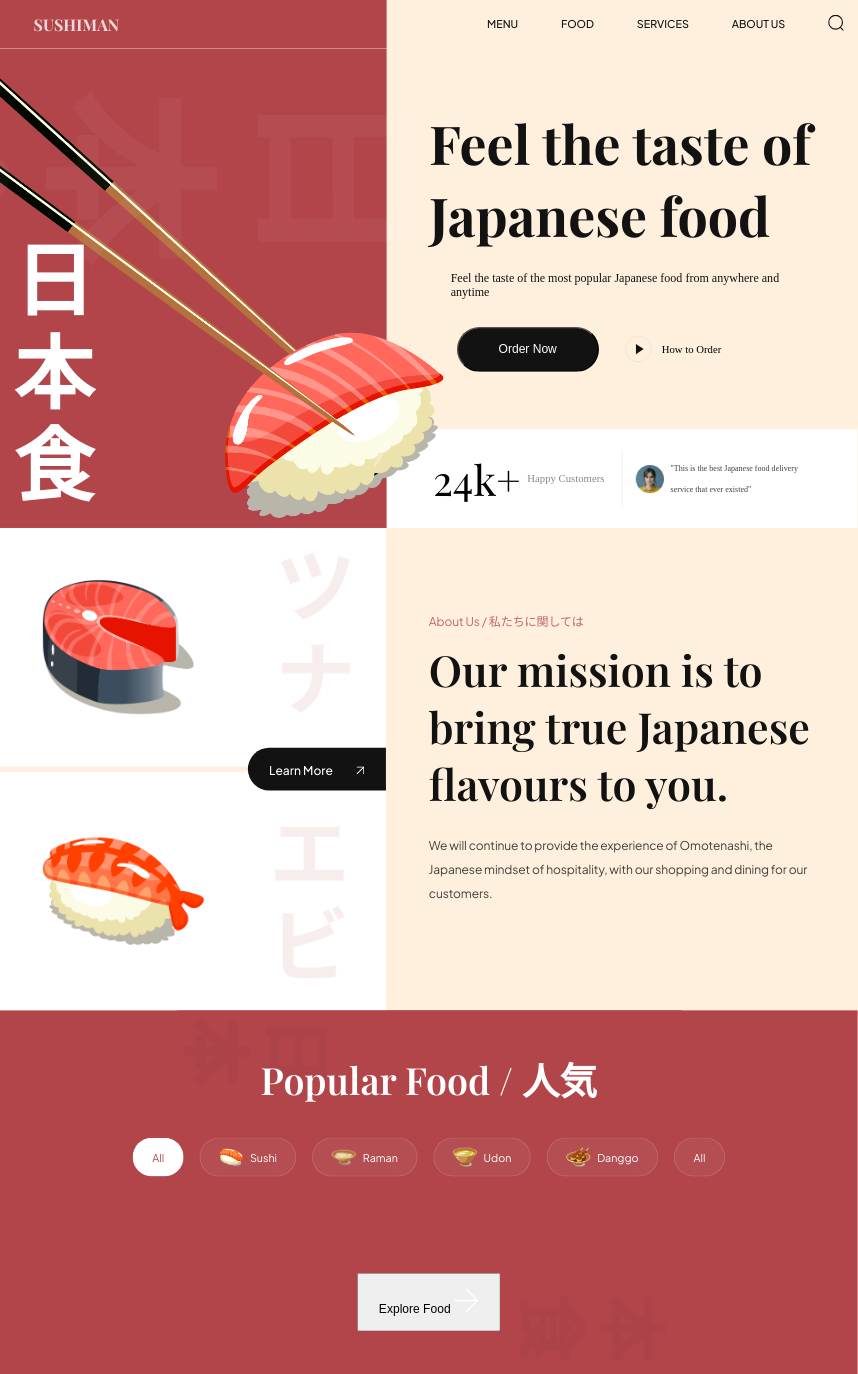
Repository: echoyol/sushiWebsite
Page: index.html
An editor plug-in stored every save of this project. The page is shown before and after the next save, followed by the edit.
The browser window is 1280 px wide. The pictures show the whole page, at 67% of full size.

Above is the page before, as saved 2023-06-04 20:17:31.

After the next save:
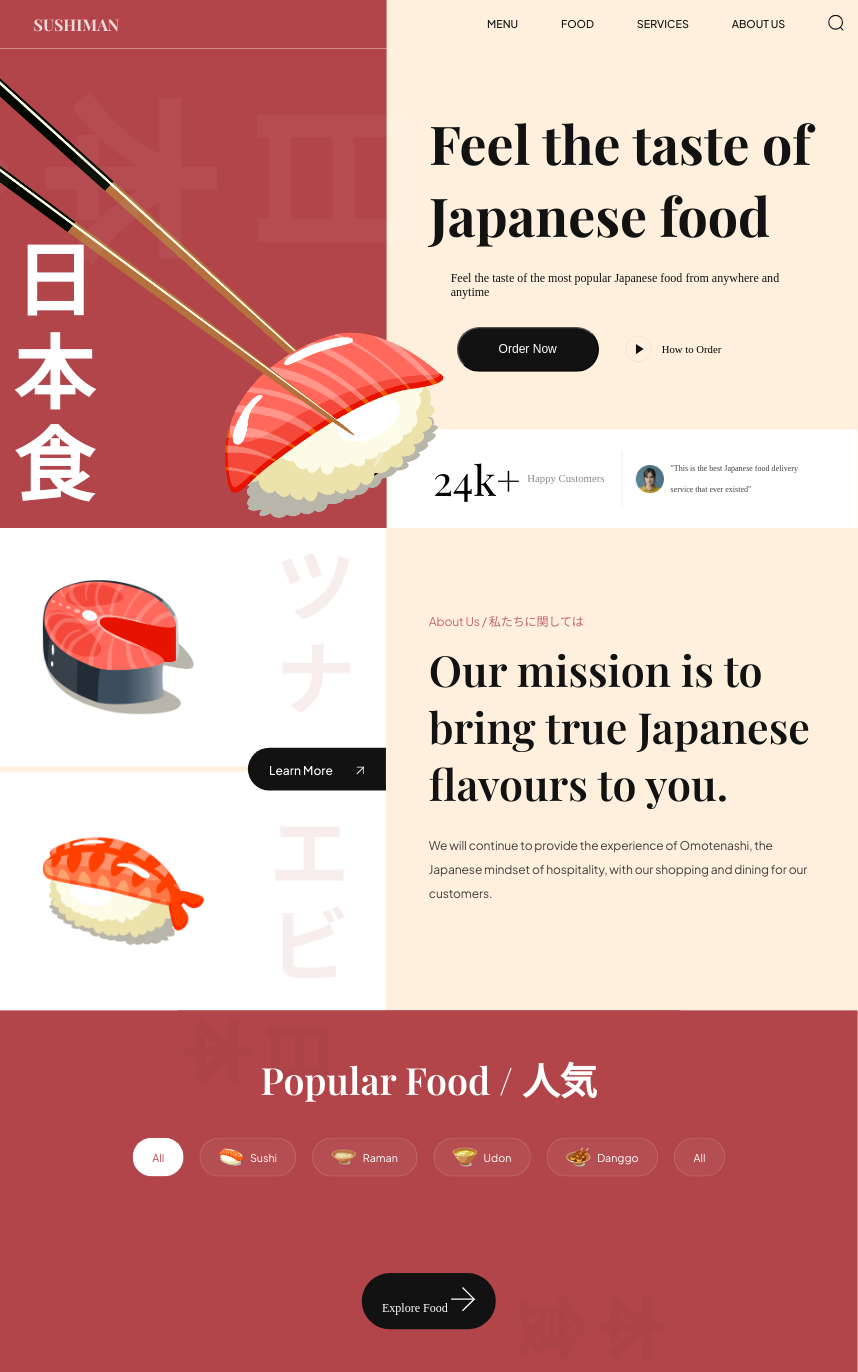
Saved 4 min 20 s later.
--- a/css/sections/popular.css
+++ b/css/sections/popular.css
@@ -86,4 +86,13 @@
 
   font-weight: 500;
   font-size: 18px;
+  line-height: 23px;
+  font-family: var(--secondary-color);
+  color: #fff;
+
+  border: none;
+  outline: none;
+  background: var(--secondary-color);
+  border-radius: 64px;
+  cursor: pointer;
 }
